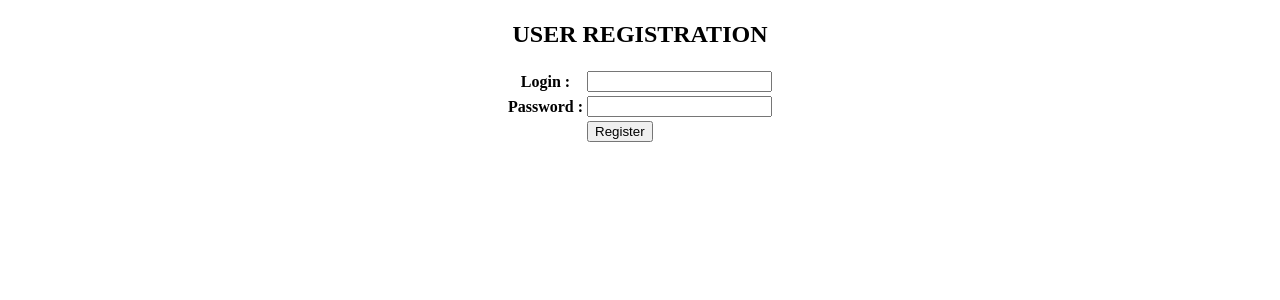
Repository: sachinmandloi1921/AdvanceJava
Page: http://localhost/Advance_Maven/loginview.jsp
These files come from the project's save history. The page is drawn as it stood at one moment and after the next save; the edit follows.
The browser window is 1280 px wide. The pictures show the whole page.
The page is served by Tomcat 9. Other server files are loaded and not shown.

Above is the page before, as saved 2022-07-12 05:28:36.

### Advance Workspace/Advance_Maven/src/main/webapp/loginview.jsp
<%@ page language="java" contentType="text/html; charset=ISO-8859-1"
    pageEncoding="ISO-8859-1"%>
<!DOCTYPE html>
<html>
<head>
<meta charset="ISO-8859-1">
<title>Insert title here</title>
</head>
<body>
<form action="reg" method="post">

		<div align="center">
		<h1 style="background-color:DodgerBlue;"></h1>
			<h2>USER REGISTRATION</h2>
			<table>
			<tr>
					<th>Login :</th>
					<td><input type="text" name="login"  ></td>
				</tr>
				<tr>
					<th>Password :</th>
					<td><input type="password" name="pwd"></td>
				</tr>

				<tr>
					<th></th>
					<td><input type="submit" value="Register"></td>
				</tr>
				</table>
					</div>

</body>
</html>

After the next save:
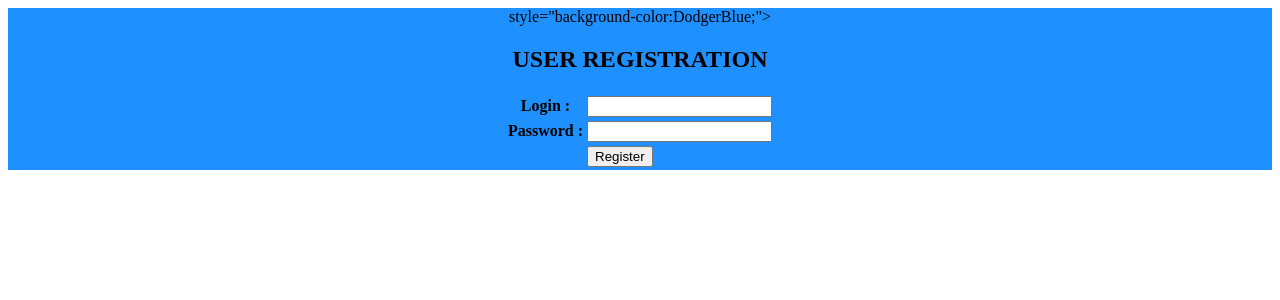
Saved 60 s later.
--- a/Advance Workspace/Advance_Maven/src/main/webapp/loginview.jsp
+++ b/Advance Workspace/Advance_Maven/src/main/webapp/loginview.jsp
@@ -9,8 +9,8 @@
 <body>
 <form action="reg" method="post">
 
-		<div align="center">
-		<h1 style="background-color:DodgerBlue;"></h1>
+		<div align="center" style="background-color:DodgerBlue;">
+		style="background-color:DodgerBlue;">
 			<h2>USER REGISTRATION</h2>
 			<table>
 			<tr>
